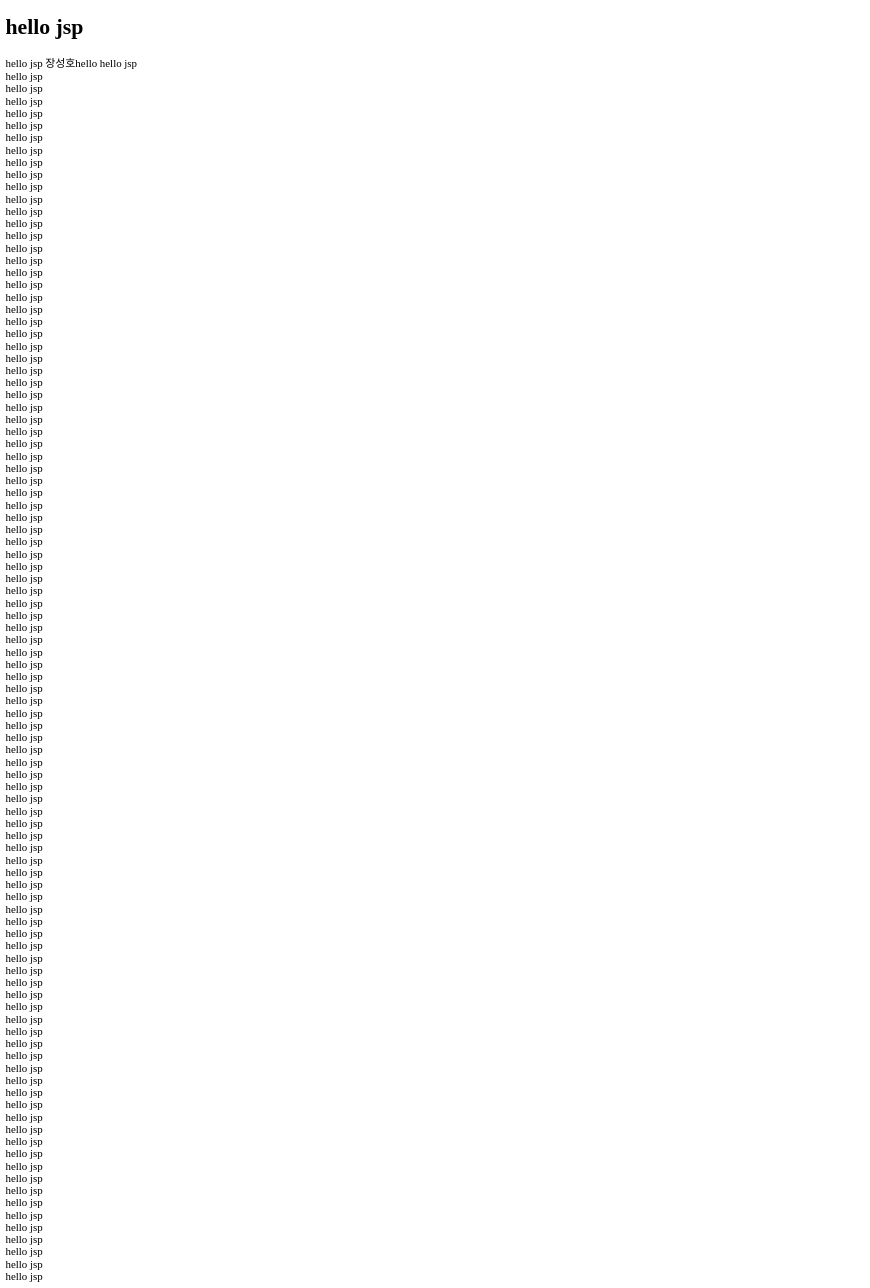
Repository: Moonsun23/jsp
Page: http://localhost/jsp01/hello.jsp
An editor plug-in stored every save of this project. The page is shown before and after the next save, followed by the edit.
The browser window is 1280 px wide. The pictures show the whole page, at 68% of full size.
The page is served by Tomcat 9.

Above is the page before, as saved 2023-06-02 01:16:30.

### jsp01/src/main/webapp/hello.jsp
<%@ page language="java" contentType="text/html; charset=UTF-8"
    pageEncoding="UTF-8"%>

    <!-- 전역변수 쓰기 -->
    <%
    String name="장성호";
    String msg="hello";
    %>
<!DOCTYPE html>
<html>
<head>
<meta charset="UTF-8">
<title>Insert title here</title>
</head>
<body>
	<!-- // html 파일 안에 java code 쓰기 = jsp...!  ctrl+shift+/ -->
	<h1>hello jsp</h1>
	<% /* 자바코드 쓰는 곳 */
	out.println("hello jsp");
	out.println(name+msg);
	for(int i=0; i<100; i++){
		out.println("hello jsp <br>");
	}

	%>
</body>
</html>

After the next save:
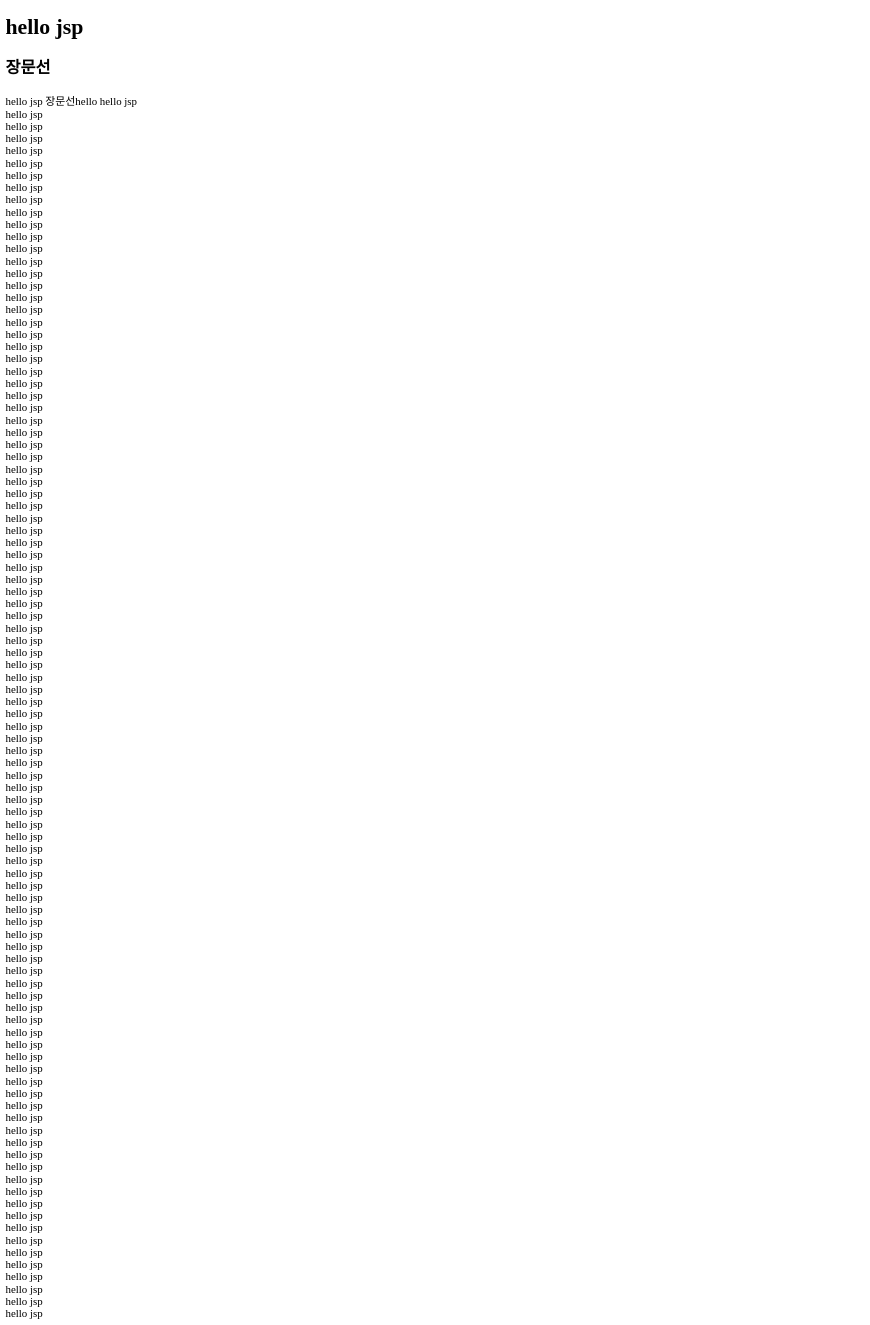
Saved 41 s later.
--- a/jsp01/src/main/webapp/hello.jsp
+++ b/jsp01/src/main/webapp/hello.jsp
@@ -3,7 +3,7 @@
 
     <!-- 전역변수 쓰기 -->
     <%
-    String name="장성호";
+    String name="장문선";
     String msg="hello";
     %>
 <!DOCTYPE html>
@@ -15,6 +15,7 @@
 <body>
 	<!-- // html 파일 안에 java code 쓰기 = jsp...!  ctrl+shift+/ -->
 	<h1>hello jsp</h1>
+	<h2><%out.println(name); %></h2>
 	<% /* 자바코드 쓰는 곳 */
 	out.println("hello jsp");
 	out.println(name+msg);
